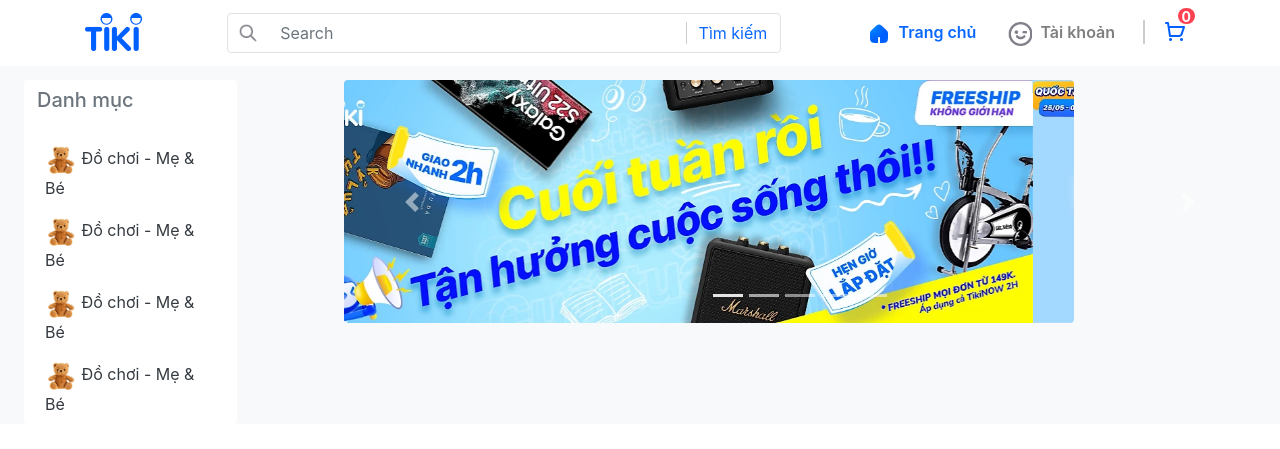
Repository: tam1512/website-ban-hang
Page: index.html
An editor plug-in stored every save of this project. The page is shown before and after the next save, followed by the edit.
The browser window is 1280 px wide. The pictures show the whole page.
Some web libraries are served in a nearby version.

Above is the page before, as saved 2023-05-27 19:15:54.

After the next save:
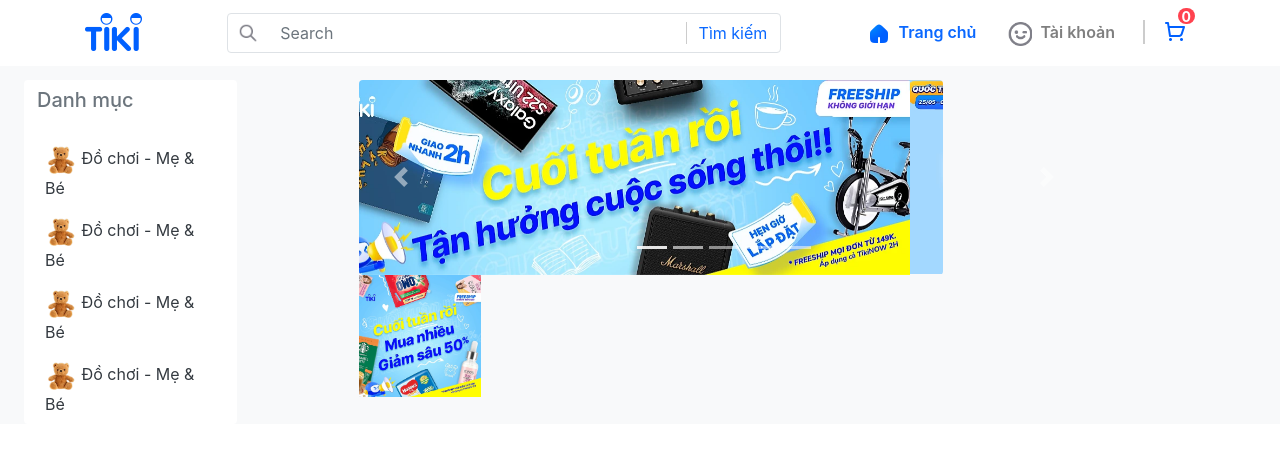
Saved 3 min 55 s later.
--- a/index.html
+++ b/index.html
@@ -162,7 +162,7 @@
             <!-- Slider -->
             <div
               id="carouselIndicators"
-              class="carousel slide"
+              class="carousel slide col-md-10 col-lg-10"
               data-ride="carousel"
             >
               <!-- Caeousel (thanh truoc) -->
@@ -241,6 +241,9 @@
                 <spna class="sr-only">Next</spna>
               </a>
             </div>
+            <div class="col-md-2 col-lg-2">
+              <img src="img/slider/right-image.png" class="img-fluid" alt="" />
+            </div>
           </main>
         </div>
       </div>
